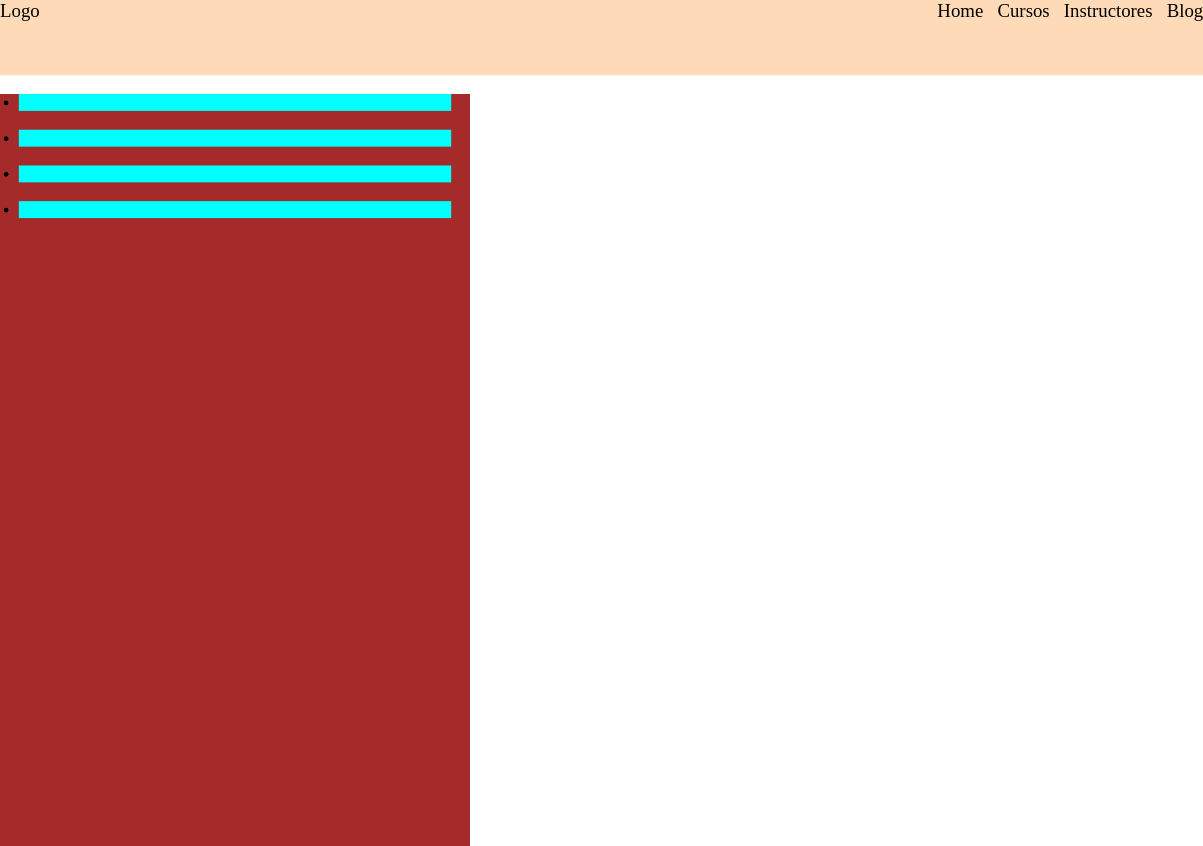
Repository: Daniel009980/daniel0099980
Page: desafiolayout1/index.html
These files come from the project's save history. The page is drawn as it stood at one moment and after the next save; the edit follows.
The browser window is 1280 px wide. The pictures show the whole page, at 94% of full size.

Above is the page before, as saved 2022-09-21 05:58:31.

After the next save:
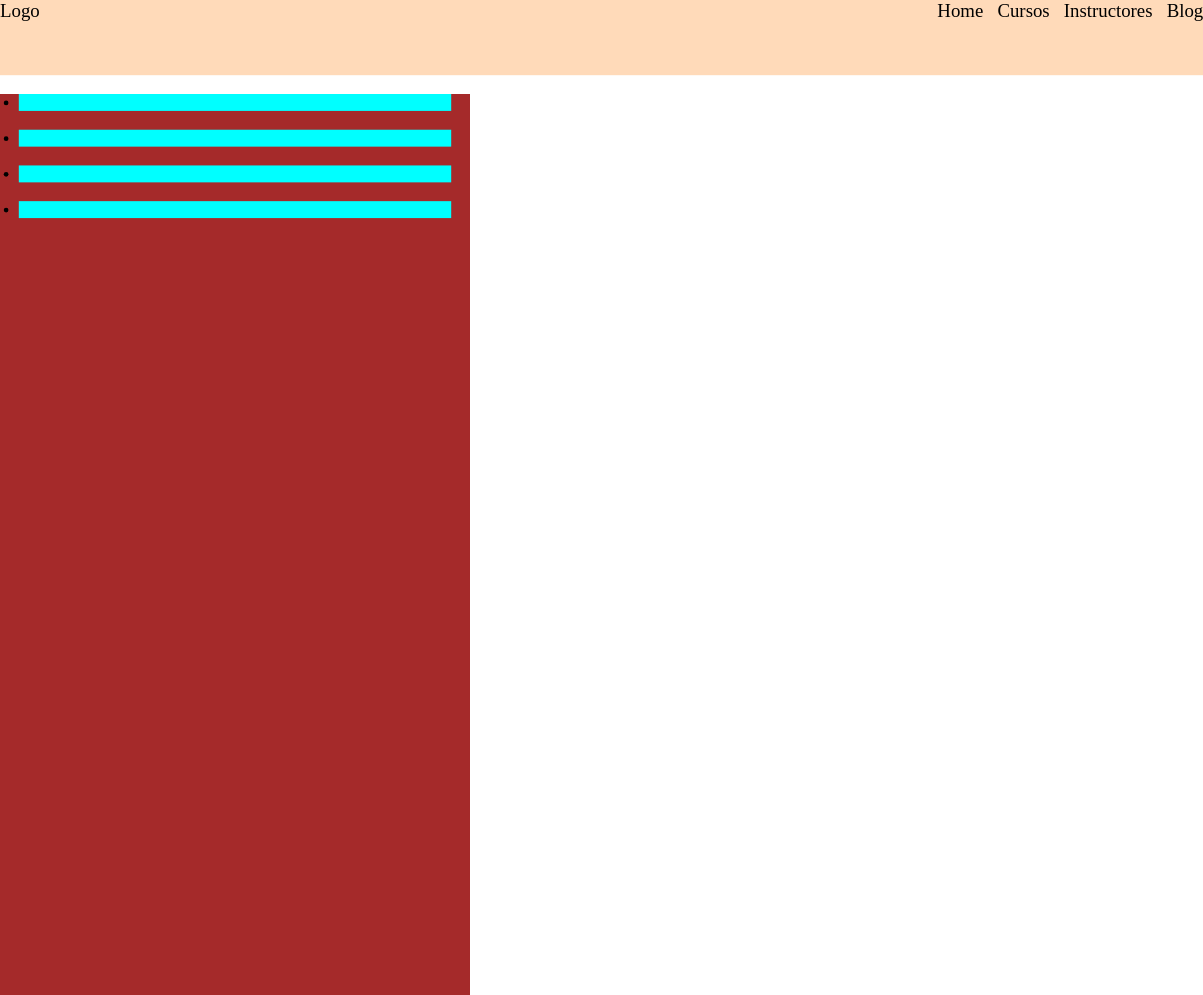
Saved 11 s later.
--- a/desafiolayout1/style.css
+++ b/desafiolayout1/style.css
@@ -35,7 +35,7 @@
     width: 80%;
     min-width: 80px;
     max-width: 500px;               /* esto es para delimitar el tamaño del ancho de la seccionq ue estamos mandando a llamar */
-    min-height: 800px;                  /* aqui le estamo diciendoa la seccion que su tamaño minimo sera de 500 pixeles pero si tiene mas contenido no deja de crecer hasta que el contenido termine de crecer y asi evitamos el overflow de contenido */
+    min-height: 959px;                  /* aqui le estamo diciendoa la seccion que su tamaño minimo sera de 500 pixeles pero si tiene mas contenido no deja de crecer hasta que el contenido termine de crecer y asi evitamos el overflow de contenido */
    background-color: brown;                       /* aqui significa que le agregue 0 de arriba y abajo pero que de los lados lo ajuste automaticamente por eso queda cemtrado */
 
 }
